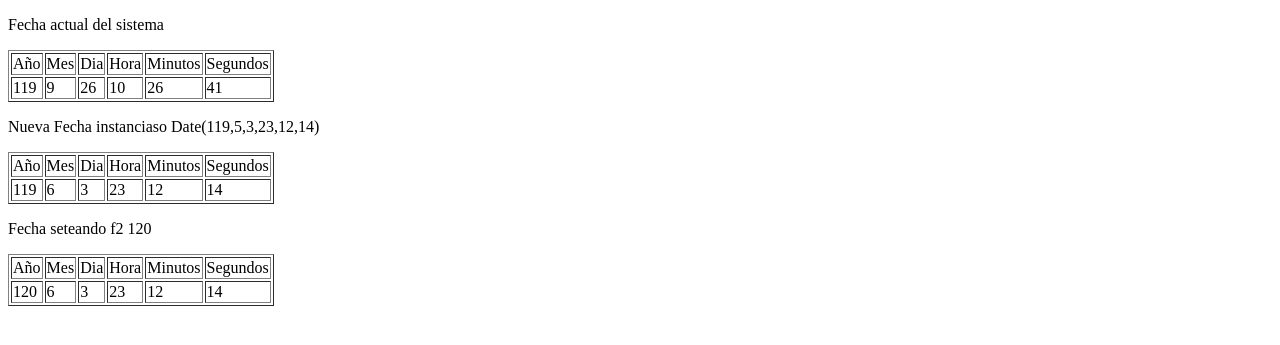
Repository: weertop/2DAW
Page: http://localhost/fechas/date.jsp
The author's editor kept a copy of each file at every save. The page is drawn from the files as they stood at one save, then again after the next save.
The browser window is 1280 px wide. The pictures show the whole page.
The page is served by Tomcat 9.

Above is the page before, as saved 2019-10-16 09:25:02.

After the next save:
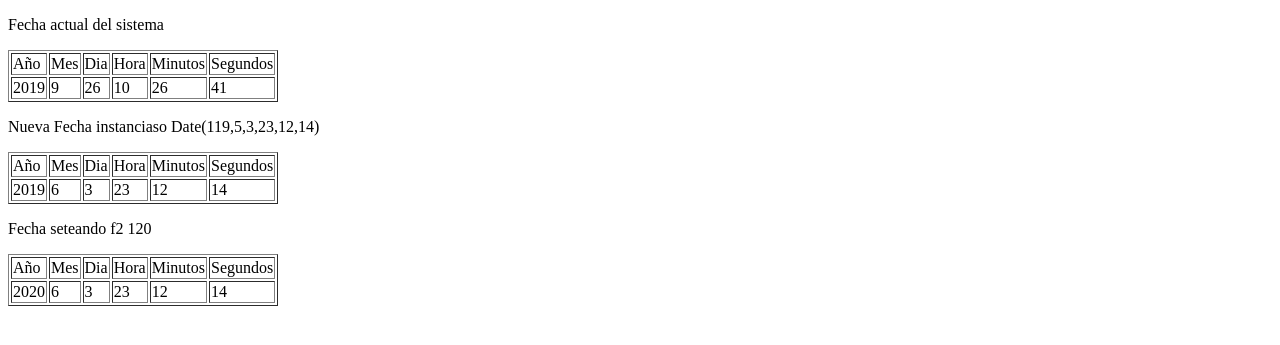
Saved 34 s later.
--- a/DWServidor/eclipse-workspace-photom/fechas/WebContent/date.jsp
+++ b/DWServidor/eclipse-workspace-photom/fechas/WebContent/date.jsp
@@ -11,7 +11,7 @@
 <%!													//ojo a el tipo es !
 public static int[] sacaCalendar(Date d){			//es tipo DATE timesptamp empieza a contar a partir de 1900
 		int[] fechaHora = new int[6];
-		fechaHora[0] = d.getYear();
+		fechaHora[0] = d.getYear()+1900;
 		fechaHora[1] = d.getMonth()+1; 					// el mes es un array de 0 a 11 por eso se debe arreglar
 		fechaHora[2] = d.getDate();					//ojo que para sacar el dia es getDate()
 		fechaHora[3] = d.getHours();
